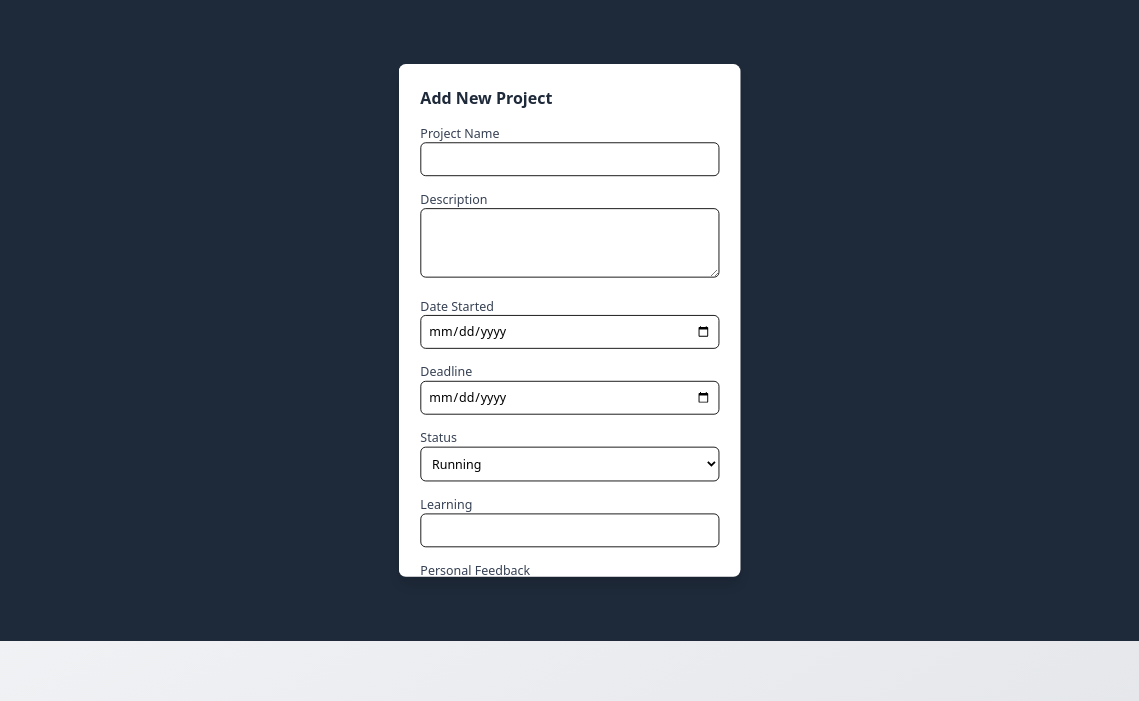
Repository: mohitagrawal0412/Workify
Page: /projects (app in client/), after clicking the first element matching `button.bg-indigo-600`
The author's editor kept a copy of each file at every save. The page is drawn from the files as they stood at one save, then again after the next save.
The browser window is 1280 px wide. The pictures show the whole page, at 89% of full size.
The project was rebuilt for these pictures with package versions that can differ from the ones it lists, and the page was loaded fresh each time. Also part of the build but not shown: client/vite.config.js, client/src/index.css, client/src/Components/Dashboard/Dashboard.jsx, client/src/Components/Dashboard/ProjectDetails.jsx, client/src/Components/Dashboard/EntryDetails.jsx, client/src/Components/Dashboard/SubEntryDetails.jsx.

Above is the page before, as saved 2025-04-15 14:44:00.

After the next save:
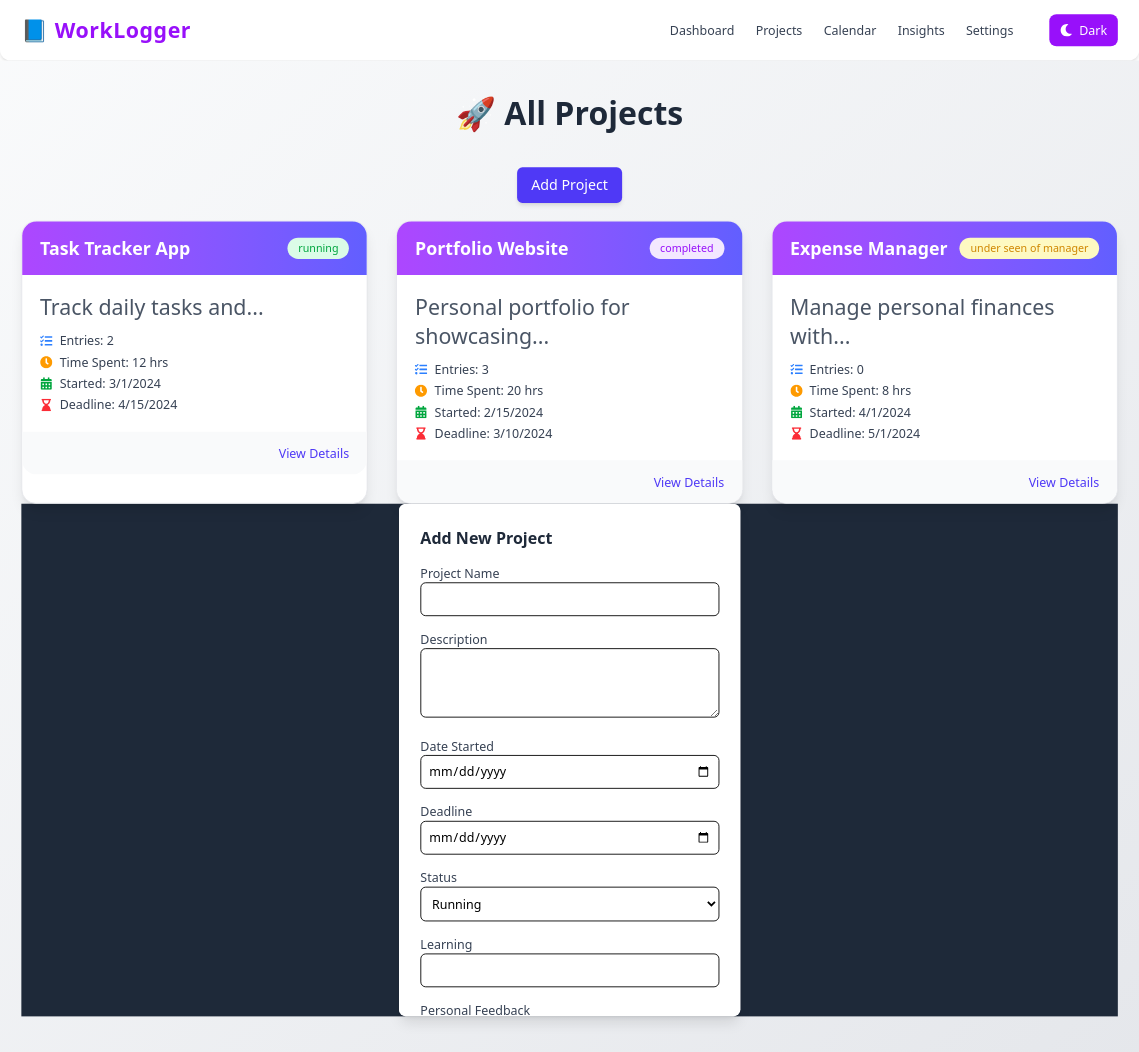
Saved 73 s later.
--- a/client/src/Components/Dashboard/AddProjectModal.jsx
+++ b/client/src/Components/Dashboard/AddProjectModal.jsx
@@ -29,7 +29,7 @@
     return (
         <>
             {showModal && (
-                <div className="fixed inset-0 bg-gray-800 bg-opacity-0 z-50 flex justify-center items-center">
+                <div className=" inset-0 bg-gray-800 bg-opacity-0 z-50 flex justify-center items-center">
 
                     <div className="bg-white rounded-lg shadow-lg w-96 p-6 overflow-y-auto max-h-[80vh]">
                         <h2 className="text-lg font-semibold text-gray-800 mb-4">Add New Project</h2>

After the save that followed:
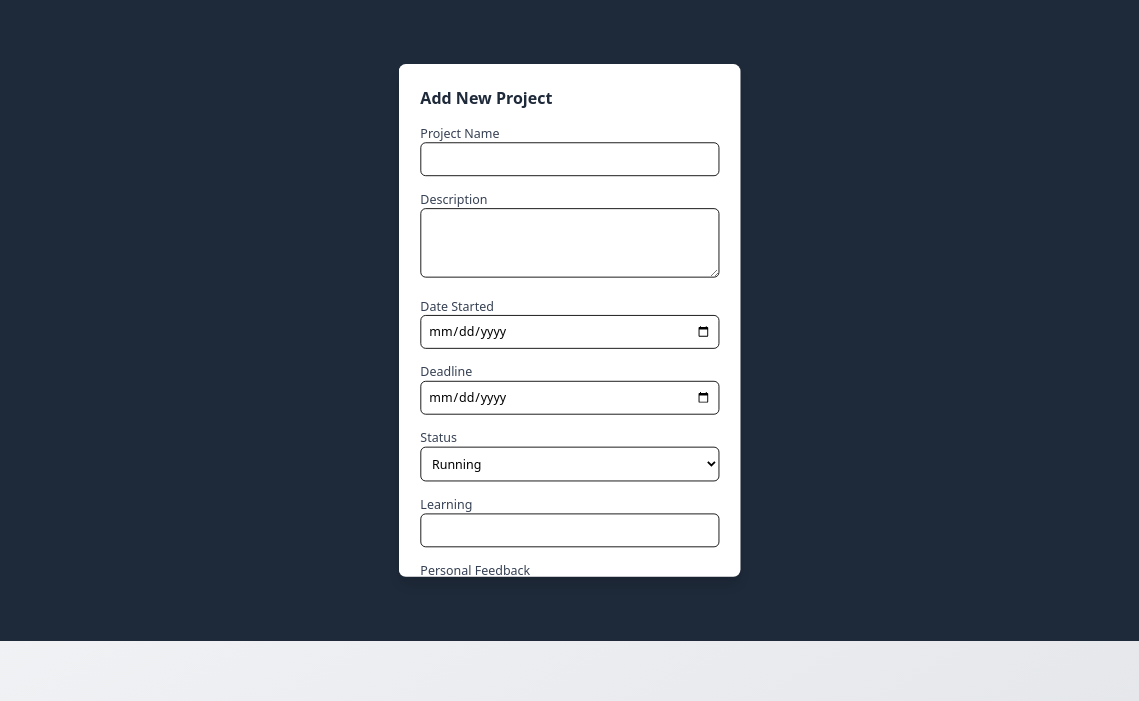
Saved 11 s later.
--- a/client/src/Components/Dashboard/AddProjectModal.jsx
+++ b/client/src/Components/Dashboard/AddProjectModal.jsx
@@ -29,7 +29,7 @@
     return (
         <>
             {showModal && (
-                <div className=" inset-0 bg-gray-800 bg-opacity-0 z-50 flex justify-center items-center">
+                <div className="fixed inset-0 bg-gray-800 bg-opacity-0 z-50 flex justify-center items-center">
 
                     <div className="bg-white rounded-lg shadow-lg w-96 p-6 overflow-y-auto max-h-[80vh]">
                         <h2 className="text-lg font-semibold text-gray-800 mb-4">Add New Project</h2>
